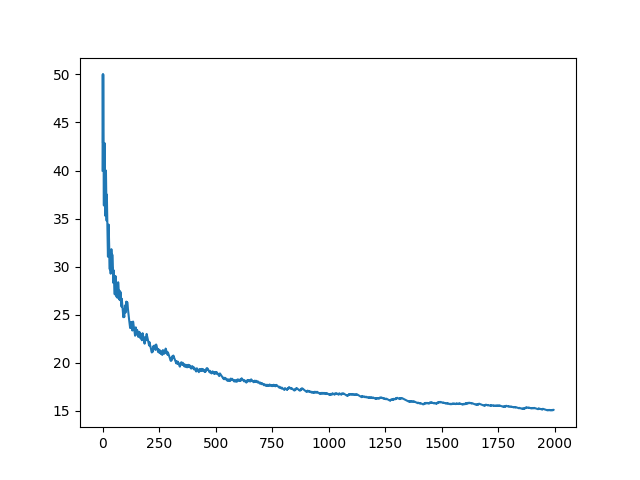
Repository: Vorztek/Data
Script's output: python Exercices_Python/Old_project/Maths_and_algorithms/Première_série_exo/génération_nombre_premiers.py
The author's editor kept a copy of each file at every save. The script's output is drawn from the files as they stood at one save, then again after the next save.
Random numbers start from a fixed seed.

Above is the script's output before, as saved 2021-07-28 16:36:29.

### Exercices_Python/Old_project/Maths_and_algorithms/Première_série_exo/génération_nombre_premiers.py
import matplotlib.pyplot as plt
import time
start_time = time.time()

meoisation = []
def is_prime(p):
    if p < 2:
        return False
    for j in range(2, p):
        if p % j == 0:
            return False
    else:
        meoisation.append(p)
        return True

def number_of_prime(n):
    compte = 0
    for i in range(2, n):
        if i not in meoisation:
            if is_prime(i) is True:
                compte += 1
        else:
            compte += 1
    pourcent = ((compte / n) *100)
    return pourcent

def courbe():
    liste1 = []
    #valeur = int(input("Quelle est la valeur maximale souhaitée : "))
    for n in range(5, 2000):
        liste1.append(number_of_prime(n))
    return liste1

plt.plot(courbe())
print("--- %s seconds ---" % (time.time() - start_time))
plt.show()

After the next save:
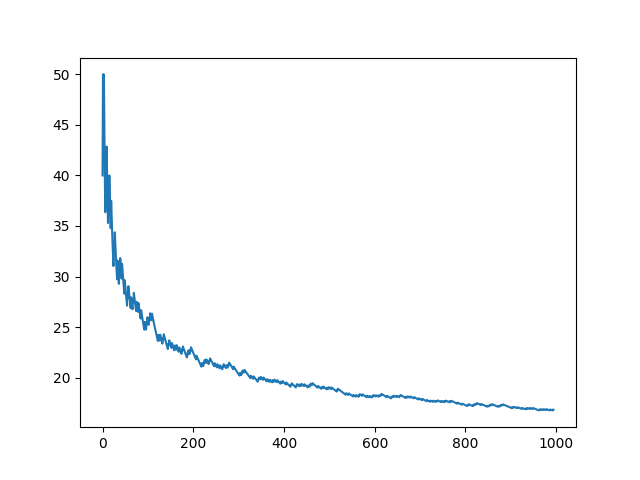
Saved 35 s later.
--- a/Exercices_Python/Old_project/Maths_and_algorithms/Première_série_exo/génération_nombre_premiers.py
+++ b/Exercices_Python/Old_project/Maths_and_algorithms/Première_série_exo/génération_nombre_premiers.py
@@ -27,7 +27,7 @@
 def courbe():
     liste1 = []
     #valeur = int(input("Quelle est la valeur maximale souhaitée : "))
-    for n in range(5, 2000):
+    for n in range(5, 1000):
         liste1.append(number_of_prime(n))
     return liste1
 

After the save that followed:
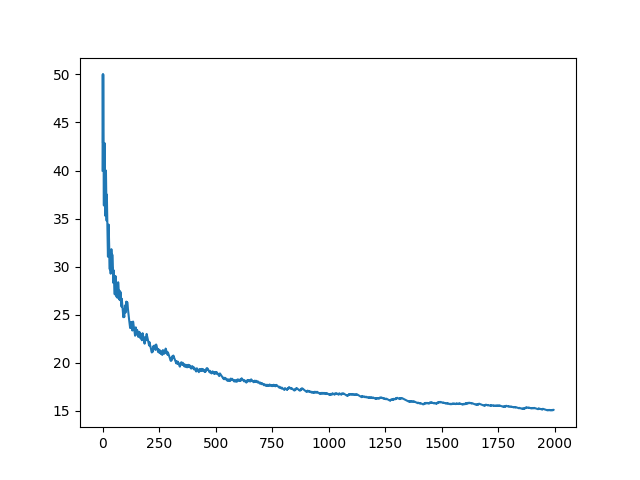
Saved 3 min 33 s later.
--- a/Exercices_Python/Old_project/Maths_and_algorithms/Première_série_exo/génération_nombre_premiers.py
+++ b/Exercices_Python/Old_project/Maths_and_algorithms/Première_série_exo/génération_nombre_premiers.py
@@ -27,7 +27,7 @@
 def courbe():
     liste1 = []
     #valeur = int(input("Quelle est la valeur maximale souhaitée : "))
-    for n in range(5, 1000):
+    for n in range(5, 2000):
         liste1.append(number_of_prime(n))
     return liste1
 
